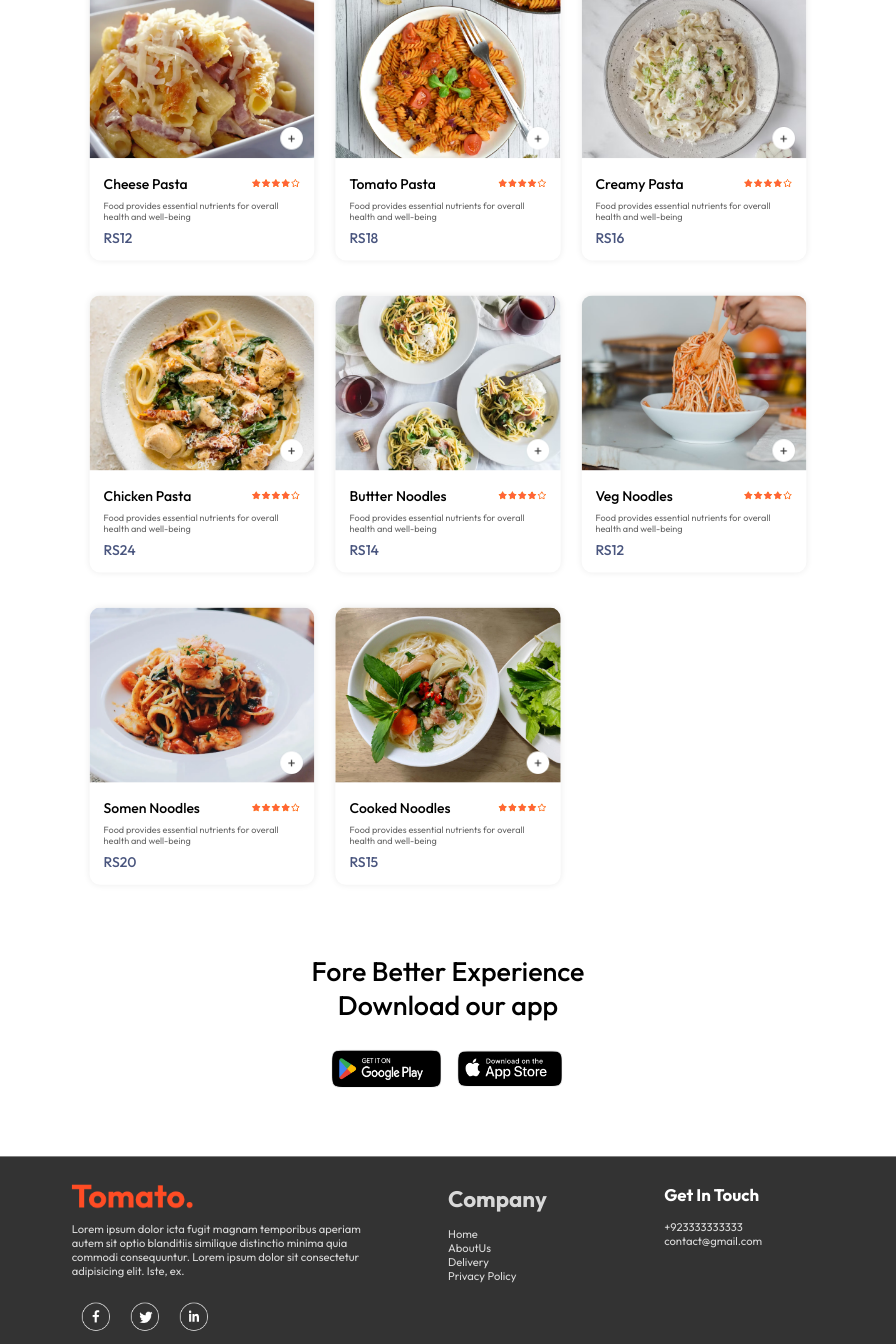
Repository: Attar786/Food-ordering-app
Page: / (app in frontend/)
An editor plug-in stored every save of this project. The page is shown before and after the next save, followed by the edit.
The browser window is 1280 px wide. The pictures show the part of the page from y = 4580 to 6500 px (the page is 6632 px tall), at 70% of full size.
The pointer rests on the first visible `.app-download-platforms img`.
The project was rebuilt for these pictures with package versions that can differ from the ones it lists, and the page was loaded fresh each time. Also part of the build but not shown: frontend/vite.config.js, frontend/src/pages/Cart/Cart.css, frontend/src/pages/Cart/Cart.jsx, frontend/src/pages/PlaceOrder/PlaceOrder.css, frontend/src/pages/PlaceOrder/PlaceOrder.jsx.

Above is the page before, as saved 2024-07-26 20:35:54.

After the next save:
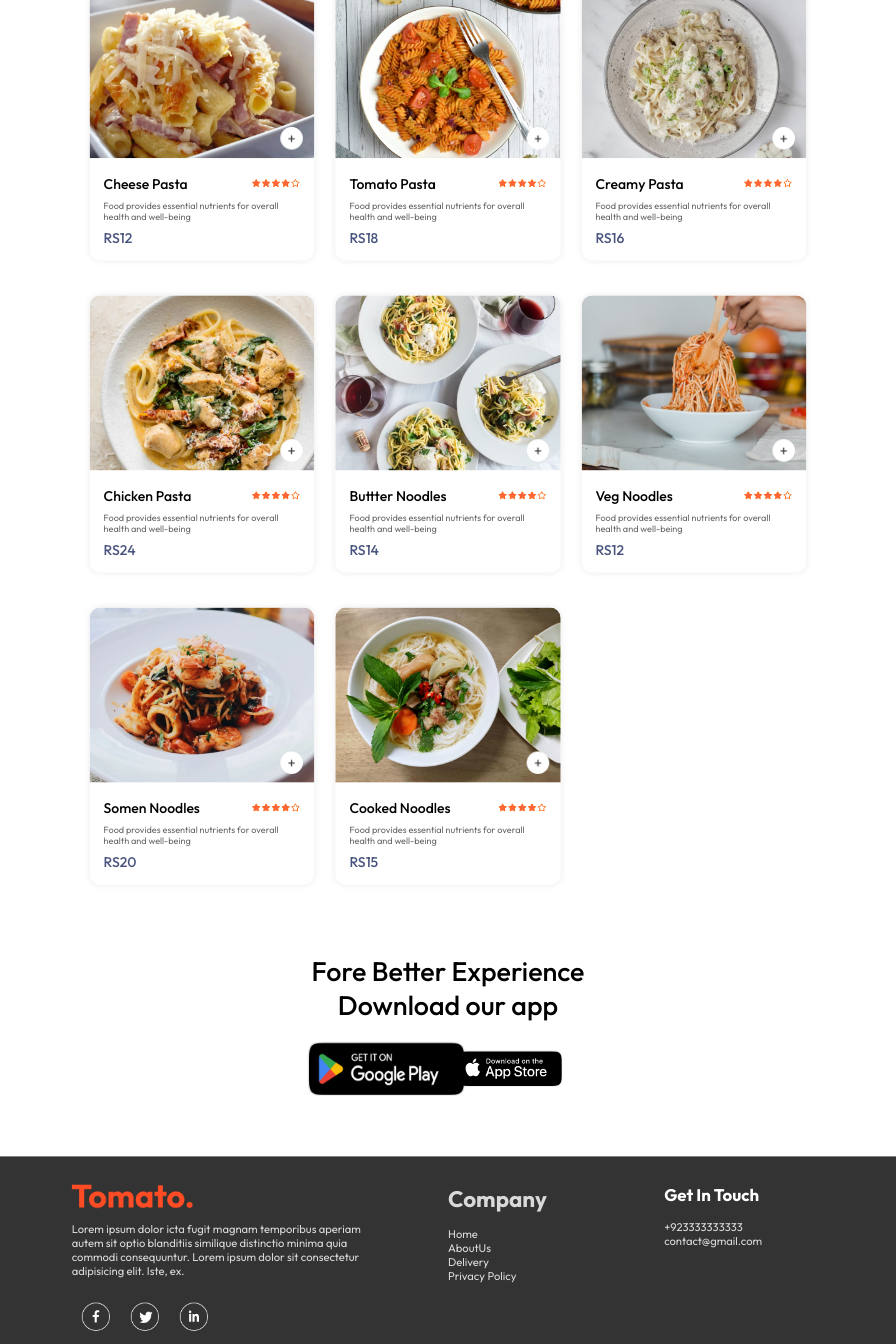
Saved 24 s later.
--- a/frontend/src/components/AppDownload/AppDownload.css
+++ b/frontend/src/components/AppDownload/AppDownload.css
@@ -18,5 +18,5 @@ margin-top: 40px;
     width: 150px;
 }
 .app-download-platforms img:hover{
-   transform: scale(1.05);
+   transform: scale(1.5);
 }
